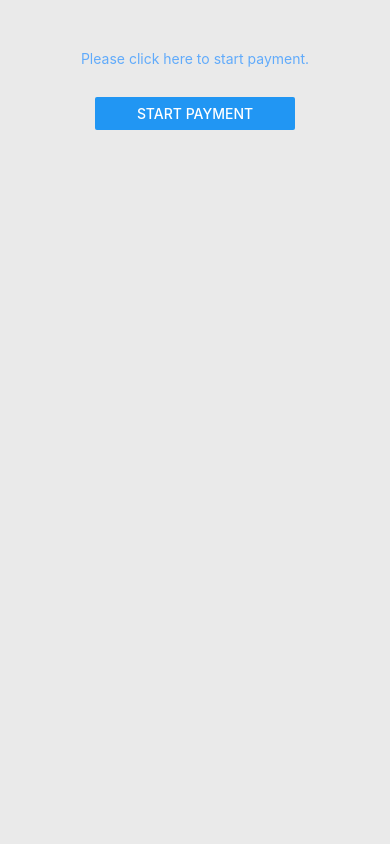
Repository: cashfree/pg-platform-custom-checkout
Screen: / (app in ReactNativeCustomCheckout/)
An editor plug-in stored every save of this project. The screen is shown before and after the next save, followed by the edit.
The app was drawn by React Native's web renderer in a window 390 px wide. The project was rebuilt for these pictures with package versions that can differ from the ones it lists, and the page was loaded fresh each time.

Above is the screen before, as saved 2023-02-20 01:01:50.

### ReactNativeCustomCheckout/App.tsx
/**
 * Sample React Native App
 * https://github.com/facebook/react-native
 *
 * @format
 */

import React from 'react';
import {StyleSheet, Button, Text, View} from 'react-native';

import {NativeModules} from 'react-native';
const {PaymentSDKApi} = NativeModules;

function startCheckout() {
  var returnUrl = 'https://merchant.in/pg/process_return';
  var sessionId =
    'session_n5O9jqgE5m-xr-4mHF-54PHvNvz9ClNw43QnmyO7PovpqGBVwfKz64t7M0B8UKnbDhJNO2jQzgxElZ11x9arPCtoIY05m8B78ROa8CE9pYP6';
  PaymentSDKApi.doPayment(sessionId, returnUrl);
}

function App(): JSX.Element {
  return (
    <View style={styles.container}>
      <Text style={styles.text}> Please click here to start payment. </Text>
      <View style={styles.button}>
        <Button onPress={() => startCheckout()} title="Start Payment" />
      </View>
    </View>
  );
}

const styles = StyleSheet.create({
  container: {
    backgroundColor: '#eaeaea',
    alignItems: 'center',
    flexDirection: 'column',
    flex: 1,
  },
  button: {
    color: '#61aafb',
    margin: 8,
    marginTop: 30,
    width: 200,
  },
  text: {
    color: '#61abfb',
    marginTop: 50,
  },
});

export default App;

After the next save:
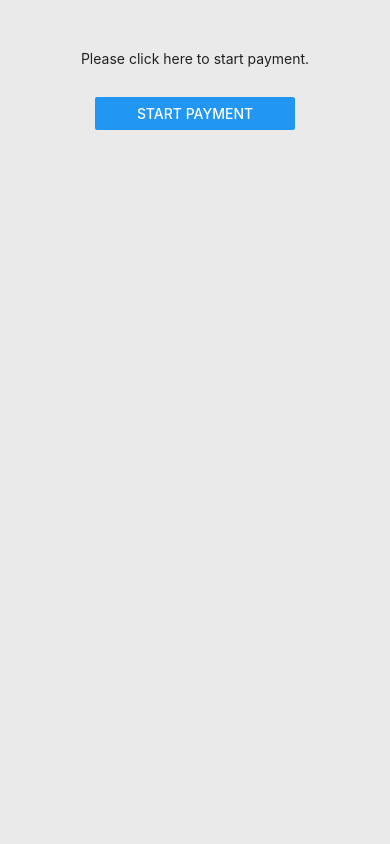
Saved 3 min 15 s later.
--- a/ReactNativeCustomCheckout/App.tsx
+++ b/ReactNativeCustomCheckout/App.tsx
@@ -43,7 +43,7 @@ const styles = StyleSheet.create({
     width: 200,
   },
   text: {
-    color: '#61abfb',
+    color: '#212121',
     marginTop: 50,
   },
 });
